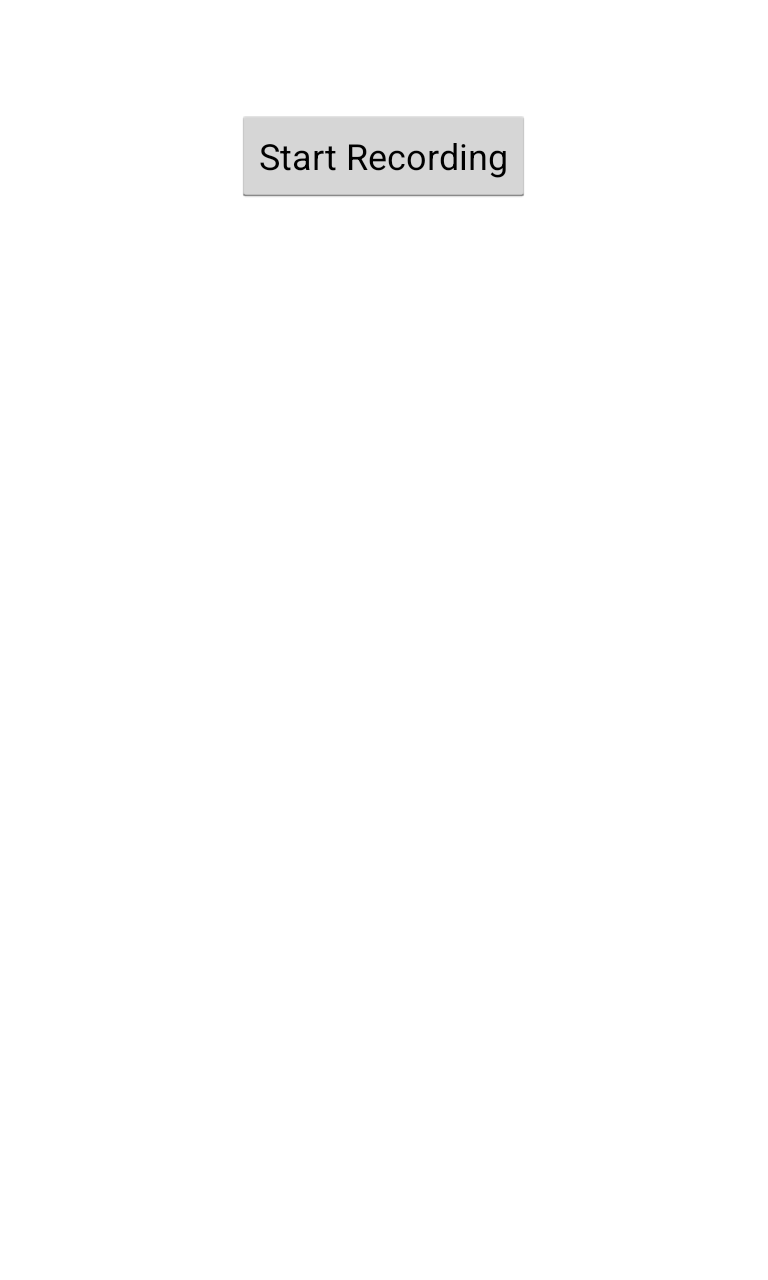
Repository: a20r/locaudio
Layout: app/Locabean/res/layout/activity_node.xml
These files come from the project's save history. The layout is drawn as it stood at one moment and after the next save; the edit follows.
It is drawn on a 768 x 1280 px phone screen (xhdpi) without system bars, with theme AppTheme; the app's code is not run.

Above is the layout before, as saved 2014-01-19 04:12:52.

After the next save:
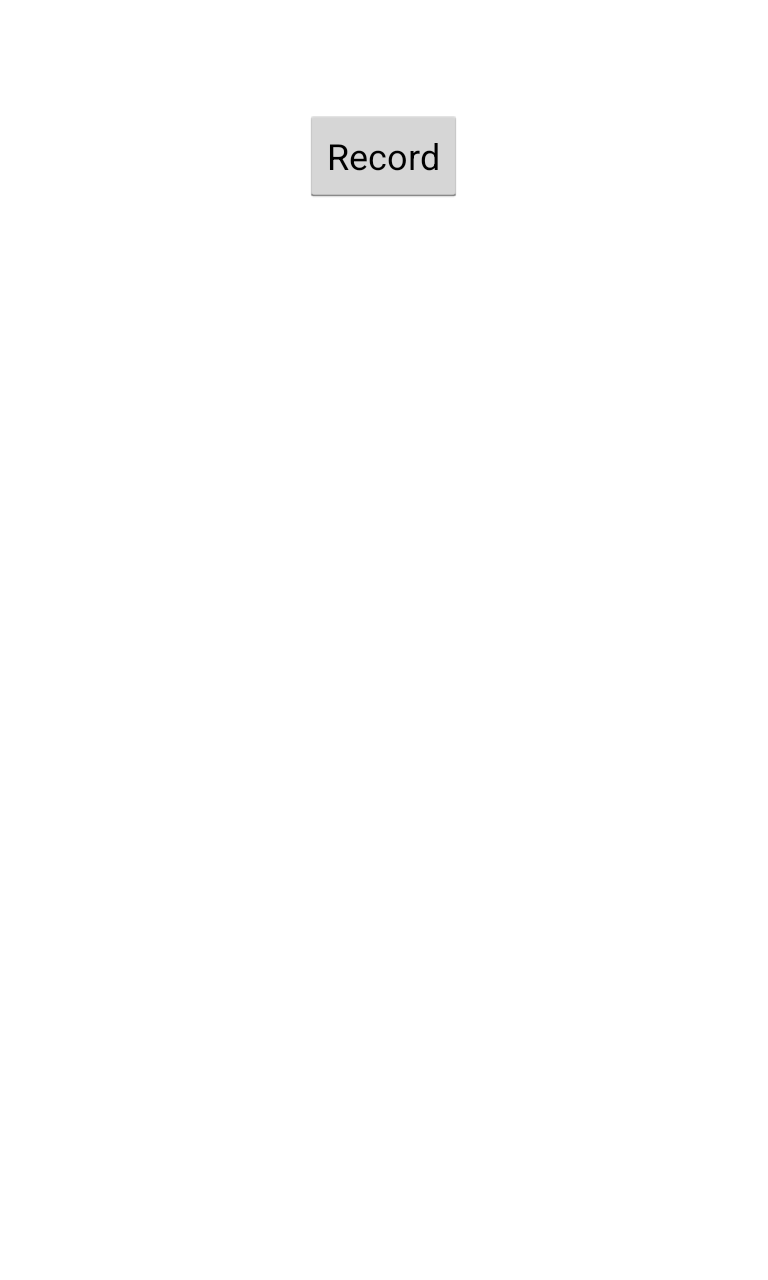
Saved 82 s later.
--- a/app/Locabean/res/layout/activity_node.xml
+++ b/app/Locabean/res/layout/activity_node.xml
@@ -9,12 +9,12 @@
     tools:context=".NodeActivity" >
 
     <Button
-        android:id="@+id/btnRecord"
+        android:id="@+id/btnStart"
         android:layout_width="wrap_content"
         android:layout_height="wrap_content"
         android:layout_alignParentTop="true"
         android:layout_centerHorizontal="true"
         android:layout_marginTop="38dp"
-        android:text="Start Recording" />
+        android:text="Record" />
 
 </RelativeLayout>
